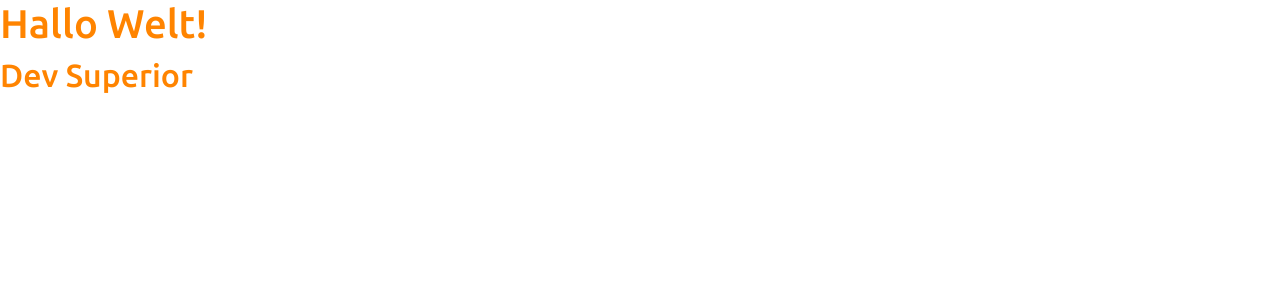
Repository: crdpc/projeto-sds3
Page: / (app in frontend/)
An editor plug-in stored every save of this project. The page is shown before and after the next save, followed by the edit.
The browser window is 1280 px wide. The pictures show the whole page.
The project was rebuilt for these pictures with package versions that can differ from the ones it lists, and the page was loaded fresh each time.

Above is the page before, as saved 2021-05-04 19:58:53.

After the next save:
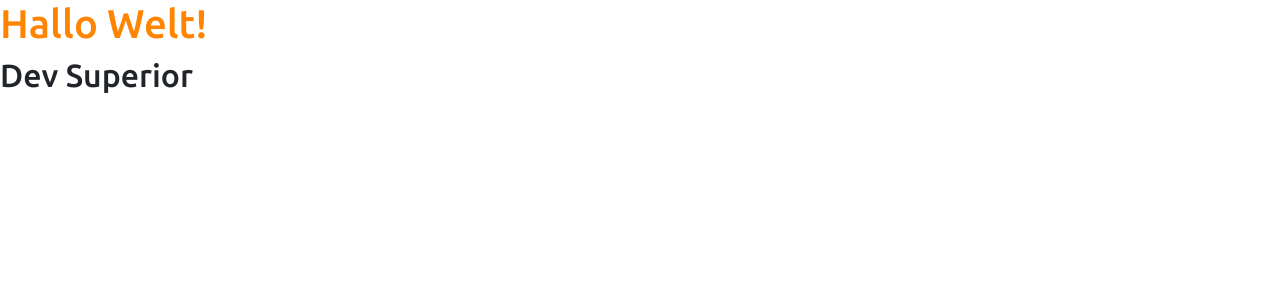
Saved 50 s later.
--- a/frontend/src/components/NavBar/index.tsx
+++ b/frontend/src/components/NavBar/index.tsx
@@ -1,7 +1,7 @@
 function NavBar() {
     return (
         <div>
-            <h2 className="text-primary">Dev Superior</h2>
+            <h2> Dev Superior</h2>
         </div>
     );
 }
